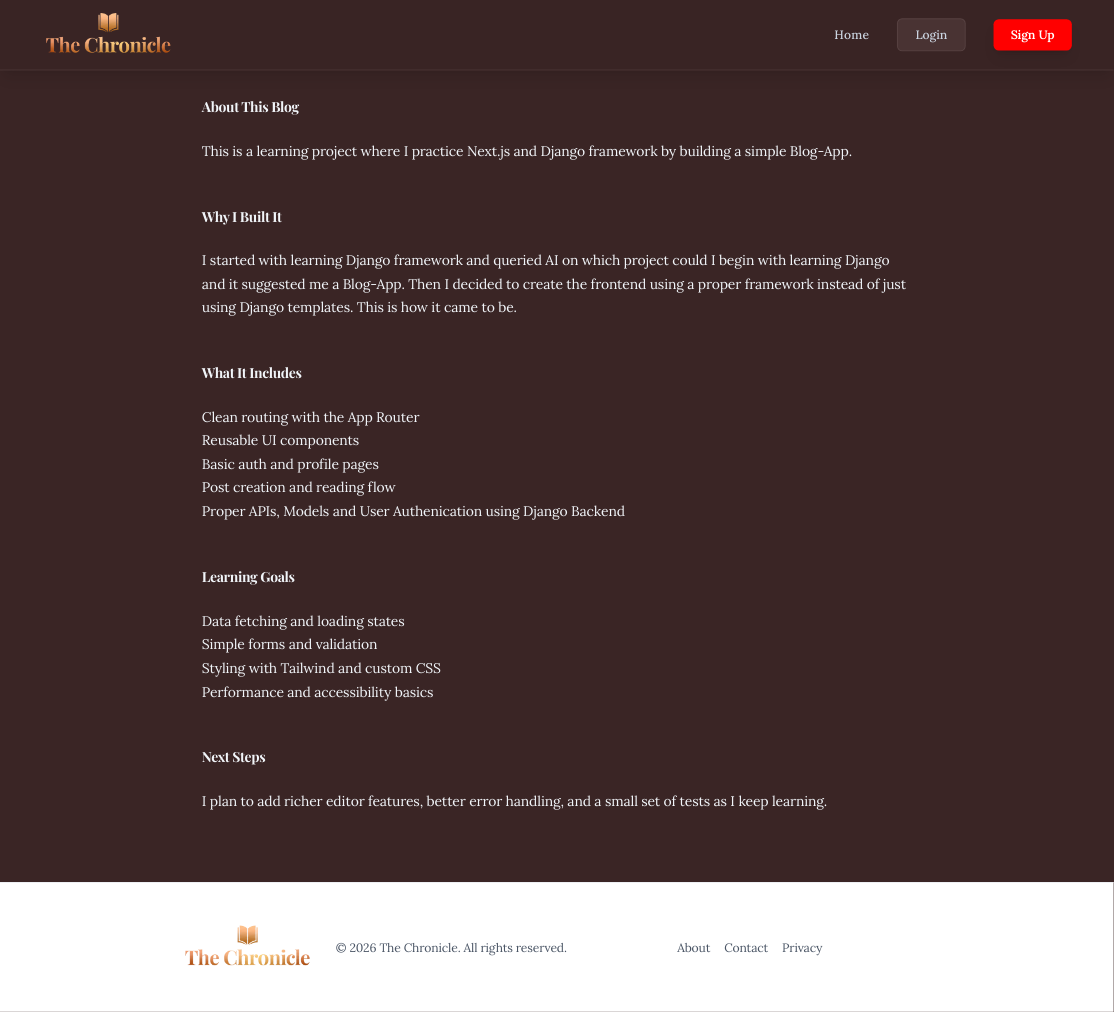
Repository: swaruplamsal/BasicBlogApp
Page: /about (app in blog-frontend/)
These files come from the project's save history. The page is drawn as it stood at one moment and after the next save; the edit follows.
The browser window is 1280 px wide. The pictures show the whole page, at 87% of full size.
The page's requests for data from a server got no answer. The project was rebuilt for these pictures with package versions that can differ from the ones it lists, and the page was loaded fresh each time. The framework's server and built-in components were replaced by stand-ins that run in the browser. No one was signed in, and anything a server would have sent is missing. Also part of the build but not shown: blog-frontend/next.config.mjs, blog-frontend/app/components/Avatar.js.

Above is the page before, as saved 2026-02-07 20:58:46.

### blog-frontend/app/layout.js
// app/layout.js
import { Lora, Playfair_Display } from "next/font/google";
import { AuthProvider } from "./context/AuthContext";
import { generateSiteMetadata } from "../lib/metadata";
import "./globals.css";

export const metadata = generateSiteMetadata();

const lora = Lora({
  subsets: ["latin"],
  weight: ["400", "500", "600", "700"],
  variable: "--font-lora",
});

const playfair = Playfair_Display({
  subsets: ["latin"],
  weight: ["400", "500", "600", "700", "900"],
  variable: "--font-playfair",
});

export default function RootLayout({ children }) {
  return (
    <html lang="en">
      <body className={`${lora.variable} ${playfair.variable}`}>
        <AuthProvider>{children}</AuthProvider>
      </body>
    </html>
  );
}

### blog-frontend/app/about/page.js
import Navbar from "../components/Navbar";
import Footer from "../components/Footer";

const sectionStyle = {
  marginTop: "1.5rem",
};

export default function About() {
  return (
    <div className="dark:bg-sky-950">
      <Navbar />
      <main style={{ padding: "2rem", maxWidth: "880px", margin: "0 auto" }}>
        <h1>About This Blog</h1>
        <br />

        <p>
          This is a learning project where I practice Next.js and Django
          framework by building a simple Blog-App.
        </p>
        <br />
        <section style={sectionStyle}>
          <h2>Why I Built It</h2>
          <br />
          <p>
            I started with learning Django framework and queried AI on which
            project could I begin with learning Django and it suggested me a
            Blog-App. Then I decided to create the frontend using a proper
            framework instead of just using Django templates. This is how it
            came to be.
          </p>
        </section>
        <br />

        <section style={sectionStyle}>
          <h2>What It Includes</h2>
          <br />
          <ul>
            <li>Clean routing with the App Router</li>
            <li>Reusable UI components</li>
            <li>Basic auth and profile pages</li>
            <li>Post creation and reading flow</li>
            <li>
              Proper APIs, Models and User Authenication using Django Backend
            </li>
          </ul>
        </section>
        <br />

        <section style={sectionStyle}>
          <h2>Learning Goals</h2>
          <br />
          <ul>
            <li>Data fetching and loading states</li>
            <li>Simple forms and validation</li>
            <li>Styling with Tailwind and custom CSS</li>
            <li>Performance and accessibility basics</li>
          </ul>
        </section>
        <br />

        <section style={sectionStyle}>
          <h2>Next Steps</h2>
          <br />
          <p>
            I plan to add richer editor features, better error handling, and a
            small set of tests as I keep learning.
          </p>
        </section>
      </main>
      <Footer />
    </div>
  );
}

### blog-frontend/app/context/AuthContext.js
"use client";

import { createContext, useContext, useState, useEffect } from "react";
import { authApi } from "../../lib/api";

const AuthContext = createContext();

// Helper function to get initial state from localStorage
function getInitialAuth() {
  if (typeof window === "undefined") {
    return { token: null, user: null };
  }

  const savedToken = localStorage.getItem("token");
  const savedUser = localStorage.getItem("user");

  return {
    token: savedToken || null,
    user: savedUser ? JSON.parse(savedUser) : null,
  };
}

export function AuthProvider({ children }) {
  const [user, setUser] = useState(() => getInitialAuth().user);
  const [token, setToken] = useState(() => getInitialAuth().token);

  // Sync user data with backend on mount if token exists
  useEffect(() => {
    if (typeof window === "undefined" || !token) return;

    const syncUserData = async () => {
      try {
        const completeUser = await authApi.getCurrentUser();
        setUser(completeUser);
        localStorage.setItem("user", JSON.stringify(completeUser));
      } catch (error) {
        // If sync fails, user might be logged out - clear auth state
        setToken(null);
        setUser(null);
        localStorage.removeItem("token");
        localStorage.removeItem("user");
      }
    };

    syncUserData();
  }, [token]);

  const login = async (username, password) => {
    try {
      const data = await authApi.login(username, password);

      setToken(data.token);
      localStorage.setItem("token", data.token);

      // Fetch complete user data including profile
      try {
        const completeUser = await authApi.getCurrentUser();
        setUser(completeUser);
        localStorage.setItem("user", JSON.stringify(completeUser));
      } catch (profileError) {
        // Fallback to basic user data if profile fetch fails
        setUser(data.user);
        localStorage.setItem("user", JSON.stringify(data.user));
      }

      return { success: true };
    } catch (error) {
      return { success: false, error: error.message };
    }
  };

  const signup = async (username, email, password) => {
    try {
      const data = await authApi.signup(username, email, password);

      setToken(data.token);
      setUser(data.user);
      localStorage.setItem("token", data.token);
      localStorage.setItem("user", JSON.stringify(data.user));
      return { success: true };
    } catch (error) {
      return { success: false, error: error.message };
    }
  };

  const logout = () => {
    setToken(null);
    setUser(null);
    localStorage.removeItem("token");
    localStorage.removeItem("user");
  };

  const refreshUser = async () => {
    if (!token) return;

    try {
      const completeUser = await authApi.getCurrentUser();
      setUser(completeUser);
      localStorage.setItem("user", JSON.stringify(completeUser));
    } catch (error) {
      console.log("Failed to refresh user data:", error.message);
    }
  };

  return (
    <AuthContext.Provider
      value={{ user, token, login, signup, logout, refreshUser }}
    >
      {children}
    </AuthContext.Provider>
  );
}

export function useAuth() {
  return useContext(AuthContext);
}

### blog-frontend/lib/metadata.js
// Helper functions for generating metadata

export const generateSiteMetadata = () => ({
  title: {
    template: "%s | The Chronicle",
    default: "The Chronicle - Where Stories Matter",
  },
  description:
    "Discover thoughtful perspectives, compelling narratives, and insights that challenge the ordinary.",
  keywords: ["blog", "stories", "articles", "writing", "chronicle"],
  authors: [{ name: "The Chronicle Team" }],
  openGraph: {
    type: "website",
    locale: "en_US",
    siteName: "The Chronicle",
  },
  twitter: {
    card: "summary_large_image",
  },
  // Fallback favicon / site icon. Place a file at public/favicon.png (or /favicon.ico)
  icons: {
    icon: "/favicon.png",
    apple: "/favicon.png",
  },
});

export const generatePostMetadata = (post) => {
  if (!post) return {};

  return {
    title: post.title,
    description: post.content.substring(0, 160) + "...",
    keywords: post.tags?.map((tag) => tag.name) || [],
    authors: [{ name: post.author?.username || "Anonymous" }],
    openGraph: {
      title: post.title,
      description: post.content.substring(0, 160) + "...",
      type: "article",
      publishedTime: post.created_at,
      modifiedTime: post.updated_at,
      authors: [post.author?.username || "Anonymous"],
      tags: post.tags?.map((tag) => tag.name) || [],
    },
    twitter: {
      card: "summary_large_image",
      title: post.title,
      description: post.content.substring(0, 160) + "...",
    },
  };
};

### blog-frontend/app/globals.css
@import "tailwindcss";

@layer base {
  :root {
    /* Bold Editorial Theme - Color Hunt Palette */
    --background: #3a2525;
    --background-elevated: #4a3535;
    --background-hover: #5a4545;
    --foreground: #f1f5f9;
    --foreground-muted: #cbd5e1;
    --foreground-subtle: #94a3b8;

    /* Accent Colors */
    --accent: #ff0000;
    --accent-hover: #cc0000;
    --accent-light: #ff3333;
    --accent-secondary: #9e2a2a;
    --navy: #000080;
    --navy-hover: #0000a0;

    /* Borders & Dividers */
    --border: #5a4545;
    --border-light: #6a5555;

    /* Semantic Colors */
    --success: #10b981;
    --error: #ff0000;
    --warning: #ff0000;
  }

  body {
    background: var(--background);
    color: var(--foreground);
    font-family:
      var(--font-lora),
      -apple-system,
      BlinkMacSystemFont,
      "Segoe UI",
      Roboto,
      sans-serif;
    line-height: 1.7;
    -webkit-font-smoothing: antialiased;
    -moz-osx-font-smoothing: grayscale;
    letter-spacing: -0.011em;
  }

  h1,
  h2,
  h3,
  h4,
  h5,
  h6 {
    font-family: var(--font-playfair), Georgia, serif;
    font-weight: 700;
    line-height: 1.25;
    color: var(--foreground);
    letter-spacing: -0.025em;
  }
}

@layer components {
  /* Custom Scrollbar */
  ::-webkit-scrollbar {
    width: 8px;
  }

  ::-webkit-scrollbar-track {
    background: var(--background);
  }

  ::-webkit-scrollbar-thumb {
    background: var(--accent);
    border-radius: 4px;
  }

  ::-webkit-scrollbar-thumb:hover {
    background: var(--accent-hover);
  }

  /* Smooth transitions */
  * {
    transition-property:
      background-color, border-color, color, fill, stroke, transform, opacity;
    transition-timing-function: cubic-bezier(0.4, 0, 0.2, 1);
    transition-duration: 200ms;
  }

  /* Editorial Utilities */
  .editorial-gradient {
    background: linear-gradient(
      135deg,
      var(--background) 0%,
      var(--background-elevated) 100%
    );
  }

  .text-gradient {
    background: linear-gradient(135deg, #ff0000, #9e2a2a);
    -webkit-background-clip: text;
    -webkit-text-fill-color: transparent;
    background-clip: text;
  }

  .reading-progress {
    position: fixed;
    top: 0;
    left: 0;
    height: 3px;
    background: linear-gradient(90deg, #ff0000, #9e2a2a);
    z-index: 9999;
    transition: width 0.1s ease-out;
  }

  .card-hover {
    transition: all 0.3s cubic-bezier(0.4, 0, 0.2, 1);
  }

  .card-hover:hover {
    transform: translateY(-2px);
    box-shadow: 0 20px 40px -12px rgba(255, 0, 0, 0.2);
    border-color: #6a5555 !important;
  }

  /* Button Styles */
  .btn-primary {
    background-color: #ff0000;
    box-shadow: 0 10px 25px -5px rgba(255, 0, 0, 0.3);
    transition: all 0.3s ease;
  }

  .btn-primary:hover {
    background-color: #cc0000;
    box-shadow: 0 15px 30px -5px rgba(255, 0, 0, 0.4);
  }

  /* Link Styles */
  .link-red {
    color: #ff0000;
    transition: color 0.2s ease;
  }

  .link-red:hover {
    color: #ff3333;
  }

  .link-nav {
    color: #cbd5e1;
    transition: color 0.2s ease;
  }

  .link-nav:hover {
    color: #ff0000;
  }

  /* Article Title */
  .article-title {
    color: #f1f5f9;
    transition: color 0.3s ease;
  }

  .article-title:hover {
    color: #ff0000;
  }

  /* Tag Styles */
  .tag {
    color: #94a3b8;
    background-color: rgba(90, 69, 69, 0.5);
    border: 1px solid rgba(106, 85, 85, 0.5);
    transition: all 0.2s ease;
  }

  .tag:hover {
    border-color: #9e2a2a;
    color: #cbd5e1;
  }
  /* Form Styles */
  .form-input {
    background-color: rgba(90, 69, 69, 0.5);
    border: 1px solid #6a5555;
    color: #f1f5f9;
    transition: all 0.2s ease;
  }

  .form-input:focus {
    outline: none;
    border-color: #ff0000;
    background-color: rgba(90, 69, 69, 0.7);
  }

  .form-label {
    color: #cbd5e1;
  }

  .form-container {
    background-color: rgba(74, 53, 53, 0.5);
    border: 1px solid #5a4545;
  }

  .btn-secondary {
    background-color: rgba(90, 69, 69, 0.8);
    color: #cbd5e1;
    border: 1px solid #6a5555;
    transition: all 0.2s ease;
  }

  .btn-secondary:hover {
    background-color: rgba(90, 69, 69, 1);
    border-color: #7a6565;
  }

  .btn-danger {
    background-color: rgba(158, 42, 42, 0.8);
    color: #fff;
    border: 1px solid #9e2a2a;
    transition: all 0.2s ease;
  }

  .btn-danger:hover {
    background-color: #9e2a2a;
  }

  .btn-success {
    background-color: rgba(16, 185, 129, 0.8);
    color: #fff;
    transition: all 0.2s ease;
  }

  .btn-success:hover {
    background-color: rgb(16, 185, 129);
  }

  /* ========================================
   LOADING & ANIMATION STYLES
   ======================================== */

  /* Shimmer effect for skeleton loaders */
  @keyframes shimmer {
    0% {
      transform: translateX(-100%);
    }
    100% {
      transform: translateX(100%);
    }
  }

  .animate-shimmer {
    animation: shimmer 2s infinite;
  }

  /* Fade in animation */
  @keyframes fade-in {
    from {
      opacity: 0;
    }
    to {
      opacity: 1;
    }
  }

  .animate-fade-in {
    animation: fade-in 0.5s ease-out;
  }

  /* Fade in and slide up animation */
  @keyframes fade-in-up {
    from {
      opacity: 0;
      transform: translateY(20px);
    }
    to {
      opacity: 1;
      transform: translateY(0);
    }
  }

  .animate-fade-in-up {
    animation: fade-in-up 0.6s ease-out;
  }

  /* Scale in animation */
  @keyframes scale-in {
    from {
      opacity: 0;
      transform: scale(0.95);
    }
    to {
      opacity: 1;
      transform: scale(1);
    }
  }

  .animate-scale-in {
    animation: scale-in 0.4s ease-out;
  }

  /* Smooth transitions for all interactive elements */
  .transition-smooth {
    transition: all 0.3s cubic-bezier(0.4, 0, 0.2, 1);
  }
}

### blog-frontend/app/components/Navbar.js
// app/components/Navbar.js
"use client";

import dynamic from "next/dynamic";
import Link from "next/link";
import Image from "next/image";

const NavbarAuth = dynamic(() => import("./NavbarAuth"), { ssr: false });

export default function Navbar() {
  return (
    <nav
      className="sticky top-0 z-50 backdrop-blur-xl border-b shadow-lg"
      style={{
        backgroundColor: "rgba(58, 37, 37, 0.8)",
        borderColor: "rgba(90, 69, 69, 0.5)",
      }}
    >
      <div className="max-w-7xl mx-auto px-6 sm:px-8 lg:px-12">
        <div className="flex justify-between items-center h-20">
          {/* Logo */}
          <Link
            href="/"
            className="group flex items-center gap-3 hover:opacity-80 transition-opacity"
          >
            {/* Replace the inline svg with a logo image from public/images/logo.png */}
            <div>
              <Image
                src="/images/logo.png"
                alt="Editorial logo"
                width={150}
                height={150}
                className="object-cover"
                priority
              />
            </div>
          </Link>

          {/* Nav Links */}
          <div className="flex items-center gap-8">
            <Link
              href="/"
              className="link-nav font-medium text-sm tracking-wide"
            >
              Home
            </Link>
            <NavbarAuth />
          </div>
        </div>
      </div>
    </nav>
  );
}

### blog-frontend/app/components/Footer.js
import Image from "next/image";
import Link from "next/link";
import SocialLinks from "./SocialLinks";

export default function Footer() {
  return (
    <footer className="border-t mt-12 py-8 bg-white dark:bg-gray-900">
      <div className="max-w-4xl mx-auto px-4 flex flex-col md:flex-row items-center justify-between gap-4">
        <div className="flex items-center space-x-3">
          <Link href="/" className="flex items-center">
            <Image
              src="/images/logo.png"
              alt="Logo"
              width={150}
              height={150}
              className="rounded-sm"
            />
          </Link>
          <p className="text-sm text-gray-600 dark:text-gray-300 ml-4">
            © {new Date().getFullYear()} The Chronicle. All rights reserved.
          </p>
        </div>

        <nav className="flex items-center space-x-4">
          <Link
            href="/about"
            className="text-sm text-gray-600 hover:text-red-600 transition-colors duration-200 dark:text-gray-300 dark:hover:text-red-400 active:text-red-900 focus:outline-none focus-visible:ring-2 focus-visible:ring-red-300 rounded"
          >
            About
          </Link>
          <Link
            href="/contact"
            className="text-sm text-gray-600 hover:text-red-600 transition-colors duration-200 dark:text-gray-300 dark:hover:text-red-400 active:text-red-900 focus:outline-none focus-visible:ring-2 focus-visible:ring-red-300 rounded"
          >
            Contact
          </Link>
          <Link
            href="/privacy"
            className="text-sm text-gray-600 hover:text-red-600 transition-colors duration-200 dark:text-gray-300 dark:hover:text-red-400 active:text-red-900 focus:outline-none focus-visible:ring-2 focus-visible:ring-red-300 rounded"
          >
            Privacy
          </Link>
        </nav>

        <div>
          <SocialLinks />
        </div>
      </div>
    </footer>
  );
}

### blog-frontend/app/components/SocialLinks.js
"use client";

import Link from "next/link";

export default function SocialLinks({ website, twitter, github, linkedin }) {
  const links = [
    {
      name: "Website",
      value: website,
      href: website,
      icon: (
        <svg
          className="w-5 h-5"
          fill="none"
          stroke="currentColor"
          viewBox="0 0 24 24"
        >
          <path
            strokeLinecap="round"
            strokeLinejoin="round"
            strokeWidth={2}
            d="M21 12a9 9 0 01-9 9m9-9a9 9 0 00-9-9m9 9H3m9 9a9 9 0 01-9-9m9 9c1.657 0 3-4.03 3-9s-1.343-9-3-9m0 18c-1.657 0-3-4.03-3-9s1.343-9 3-9m-9 9a9 9 0 019-9"
          />
        </svg>
      ),
    },
    {
      name: "Twitter",
      value: twitter,
      href: twitter ? `https://twitter.com/${twitter}` : null,
      icon: (
        <svg className="w-5 h-5" fill="currentColor" viewBox="0 0 24 24">
          <path d="M18.244 2.25h3.308l-7.227 8.26 8.502 11.24H16.17l-5.214-6.817L4.99 21.75H1.68l7.73-8.835L1.254 2.25H8.08l4.713 6.231zm-1.161 17.52h1.833L7.084 4.126H5.117z" />
        </svg>
      ),
    },
    {
      name: "GitHub",
      value: github,
      href: github ? `https://github.com/${github}` : null,
      icon: (
        <svg className="w-5 h-5" fill="currentColor" viewBox="0 0 24 24">
          <path
            fillRule="evenodd"
            d="M12 2C6.477 2 2 6.484 2 12.017c0 4.425 2.865 8.18 6.839 9.504.5.092.682-.217.682-.483 0-.237-.008-.868-.013-1.703-2.782.605-3.369-1.343-3.369-1.343-.454-1.158-1.11-1.466-1.11-1.466-.908-.62.069-.608.069-.608 1.003.07 1.531 1.032 1.531 1.032.892 1.53 2.341 1.088 2.91.832.092-.647.35-1.088.636-1.338-2.22-.253-4.555-1.113-4.555-4.951 0-1.093.39-1.988 1.029-2.688-.103-.253-.446-1.272.098-2.65 0 0 .84-.27 2.75 1.026A9.564 9.564 0 0112 6.844c.85.004 1.705.115 2.504.337 1.909-1.296 2.747-1.027 2.747-1.027.546 1.379.202 2.398.1 2.651.64.7 1.028 1.595 1.028 2.688 0 3.848-2.339 4.695-4.566 4.943.359.309.678.92.678 1.855 0 1.338-.012 2.419-.012 2.747 0 .268.18.58.688.482A10.019 10.019 0 0022 12.017C22 6.484 17.522 2 12 2z"
            clipRule="evenodd"
          />
        </svg>
      ),
    },
    {
      name: "LinkedIn",
      value: linkedin,
      href: linkedin ? `https://linkedin.com/in/${linkedin}` : null,
      icon: (
        <svg className="w-5 h-5" fill="currentColor" viewBox="0 0 24 24">
          <path d="M20.447 20.452h-3.554v-5.569c0-1.328-.027-3.037-1.852-3.037-1.853 0-2.136 1.445-2.136 2.939v5.667H9.351V9h3.414v1.561h.046c.477-.9 1.637-1.85 3.37-1.85 3.601 0 4.267 2.37 4.267 5.455v6.286zM5.337 7.433c-1.144 0-2.063-.926-2.063-2.065 0-1.138.92-2.063 2.063-2.063 1.14 0 2.064.925 2.064 2.063 0 1.139-.925 2.065-2.064 2.065zm1.782 13.019H3.555V9h3.564v11.452zM22.225 0H1.771C.792 0 0 .774 0 1.729v20.542C0 23.227.792 24 1.771 24h20.451C23.2 24 24 23.227 24 22.271V1.729C24 .774 23.2 0 22.222 0h.003z" />
        </svg>
      ),
    },
  ];

  const activeLinks = links.filter((link) => link.value);

  if (activeLinks.length === 0) {
    return null;
  }

  return (
    <div className="flex flex-wrap gap-3">
      {activeLinks.map((link) => (
        <a
          key={link.name}
          href={link.href}
          target="_blank"
          rel="noopener noreferrer"
          className="flex items-center gap-2 px-4 py-2 bg-slate-800/50 rounded-lg border border-slate-700/50 hover:border-red-600/50 hover:bg-slate-800 transition-all text-slate-400 hover:text-red-400"
          title={link.name}
        >
          {link.icon}
          <span className="text-sm">{link.name}</span>
        </a>
      ))}
    </div>
  );
}

Loaded but not shown: blog-frontend/lib/api.js (library); blog-frontend/app/components/NavbarAuth.js (180 lines, source omitted)

After the next save:
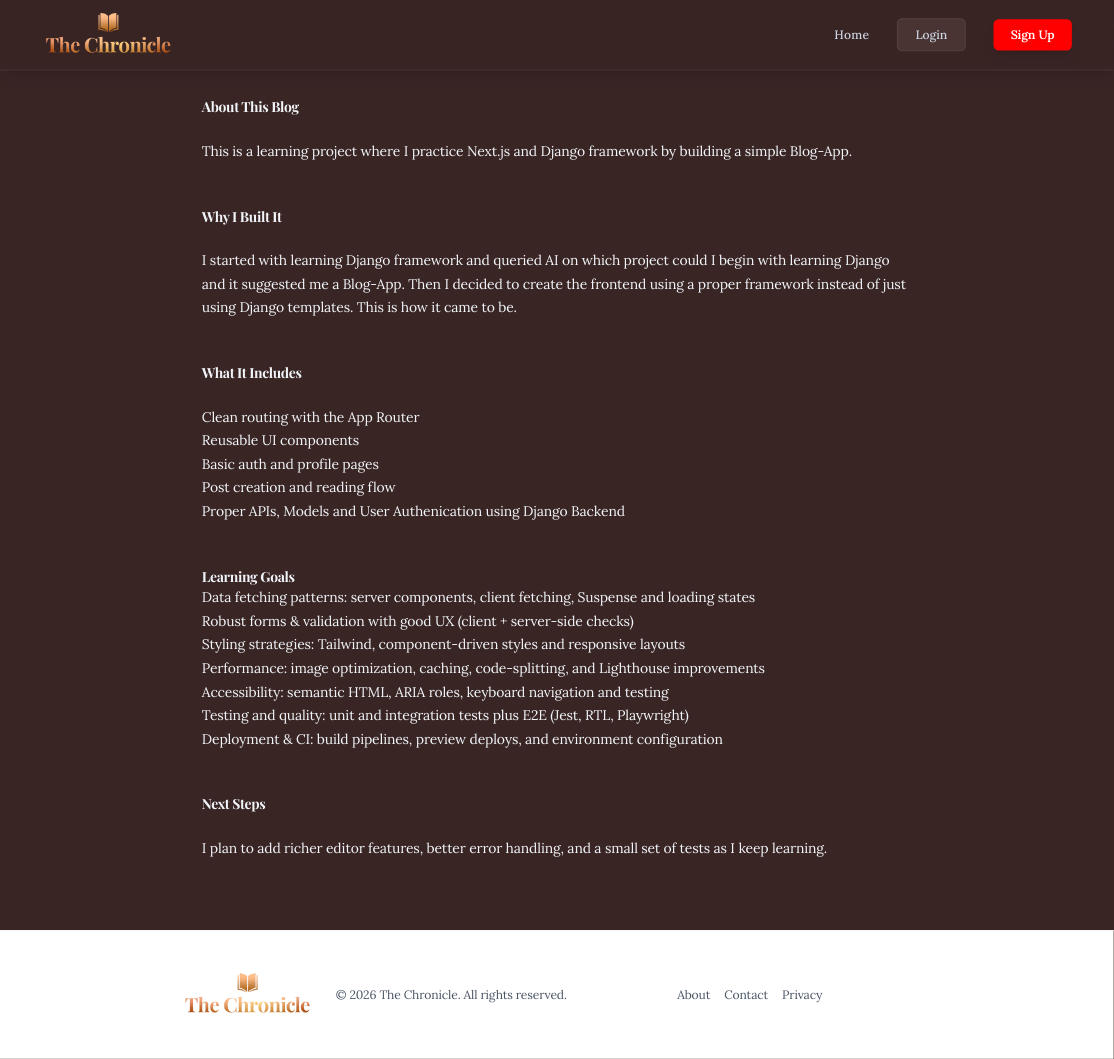
Saved 79 s later.
--- a/blog-frontend/app/about/page.js
+++ b/blog-frontend/app/about/page.js
@@ -48,12 +48,14 @@ export default function About() {
 
         <section style={sectionStyle}>
           <h2>Learning Goals</h2>
-          <br />
           <ul>
-            <li>Data fetching and loading states</li>
-            <li>Simple forms and validation</li>
-            <li>Styling with Tailwind and custom CSS</li>
-            <li>Performance and accessibility basics</li>
+            <li>Data fetching patterns: server components, client fetching, Suspense and loading states</li>
+            <li>Robust forms & validation with good UX (client + server-side checks)</li>
+            <li>Styling strategies: Tailwind, component-driven styles and responsive layouts</li>
+            <li>Performance: image optimization, caching, code-splitting, and Lighthouse improvements</li>
+            <li>Accessibility: semantic HTML, ARIA roles, keyboard navigation and testing</li>
+            <li>Testing and quality: unit and integration tests plus E2E (Jest, RTL, Playwright)</li>
+            <li>Deployment & CI: build pipelines, preview deploys, and environment configuration</li>
           </ul>
         </section>
         <br />
